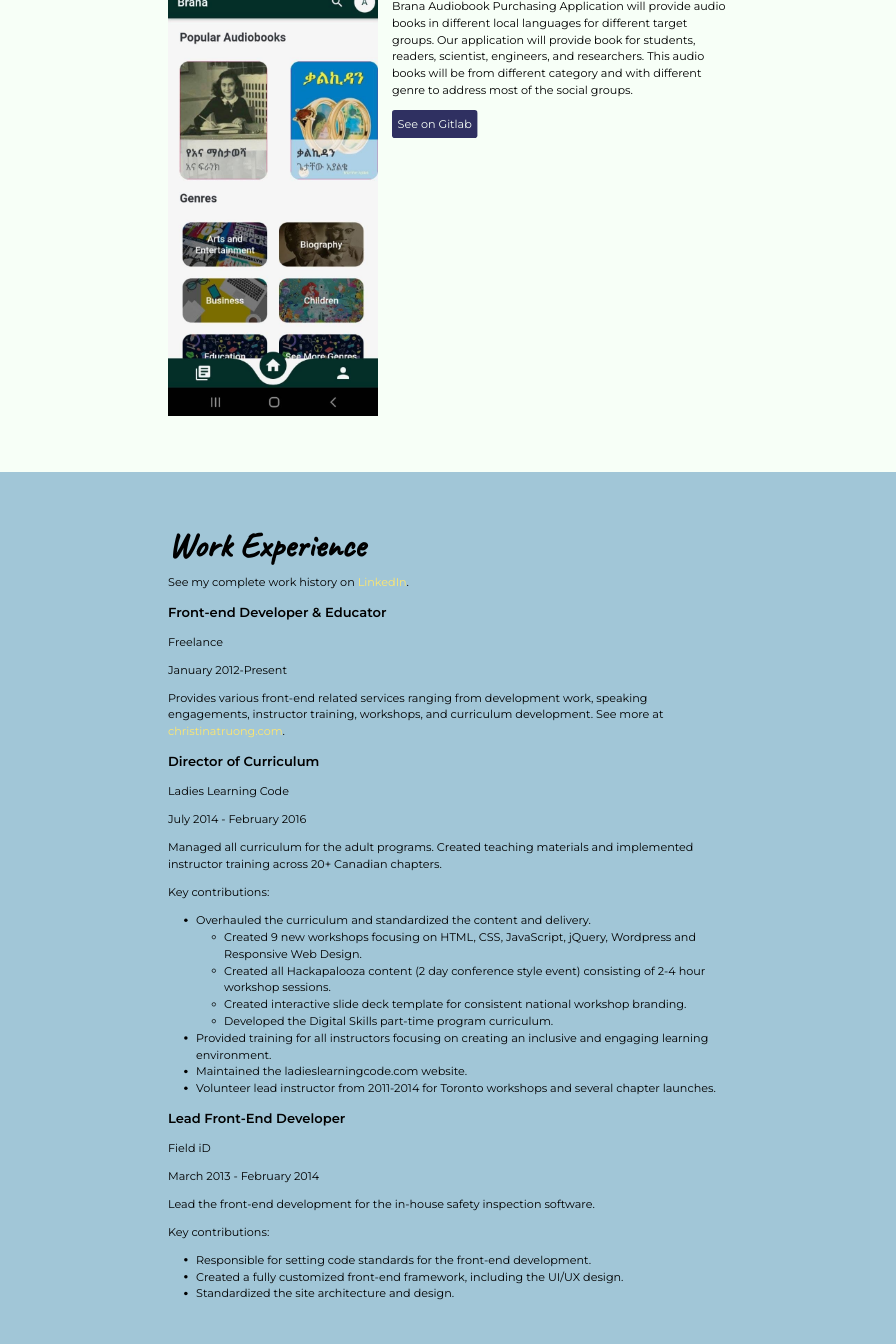
Repository: Aklilegetachew/my-Portfolio
Page: index.html
An editor plug-in stored every save of this project. The page is shown before and after the next save, followed by the edit.
The browser window is 1280 px wide. The pictures show the part of the page from y = 736 to 2656 px (the page is 3593 px tall), at 70% of full size.

Above is the page before, as saved 2021-11-23 17:01:49.

After the next save:
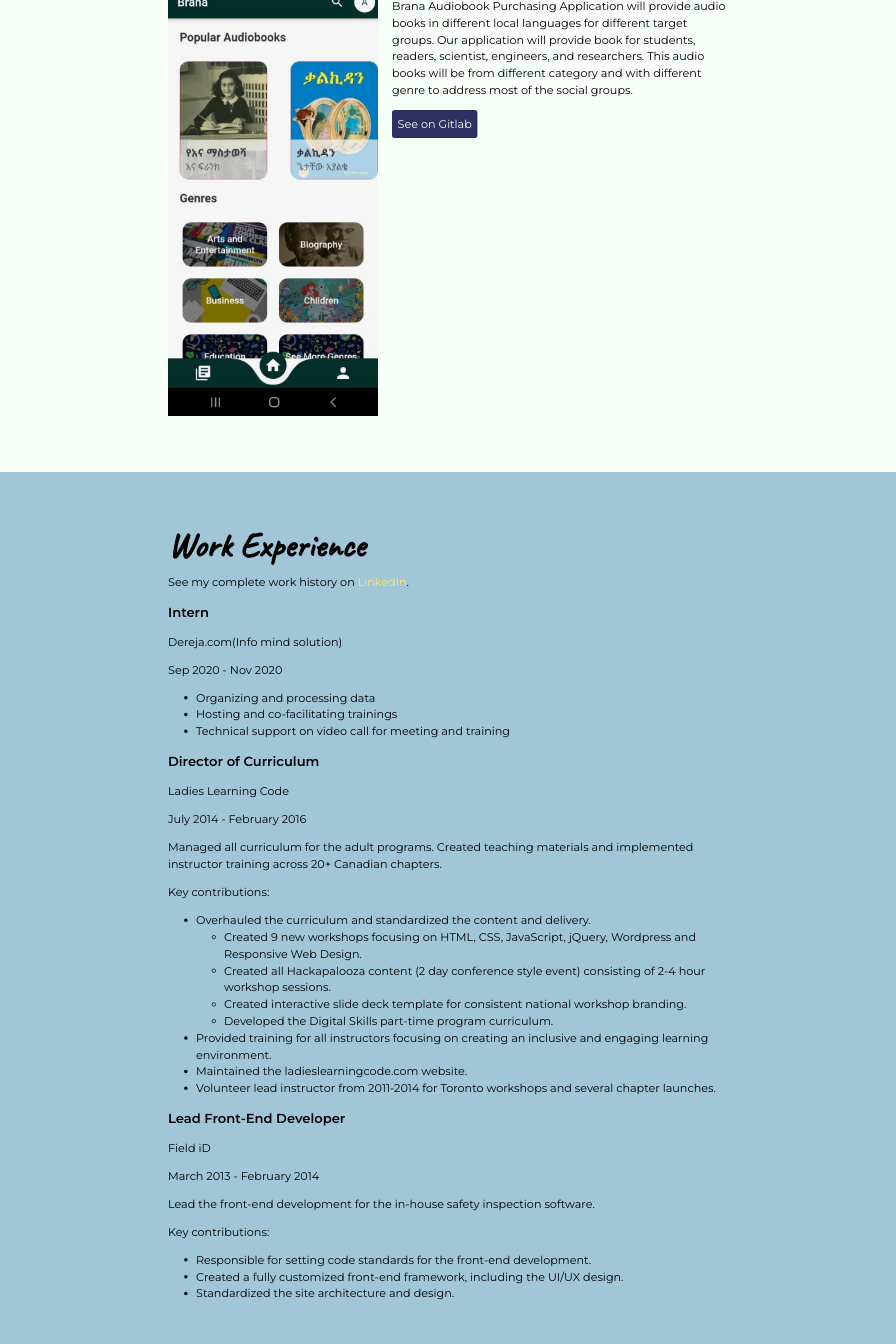
Saved 5 min 42 s later.
--- a/index.html
+++ b/index.html
@@ -66,12 +66,17 @@
           <!-- Job 1 -->
           <section class="job-item">
             <div class="job-details">
-              <h3>Front-end Developer & Educator</h3>
-              <p>Freelance</p>
-              <p>January 2012-Present</p>
+              <h3>Intern</h3>
+              <p>Dereja.com(Info mind solution) </p>
+              <p>Sep 2020 - Nov 2020</p>
             </div>
             <div class="job-summary">
-              <p>Provides various front-end related services ranging from development work, speaking engagements, instructor training, workshops, and curriculum development. See more at  <a href="http://christinatruong.com">christinatruong.com</a>.</p>
+              <p></p>
+              <ul>
+                <li>Organizing and processing data</li>
+                <li>Hosting and co-facilitating trainings</li>
+                <li>Technical support on video call for meeting and training</li>
+              </ul>
             </div>
           </section>
 
